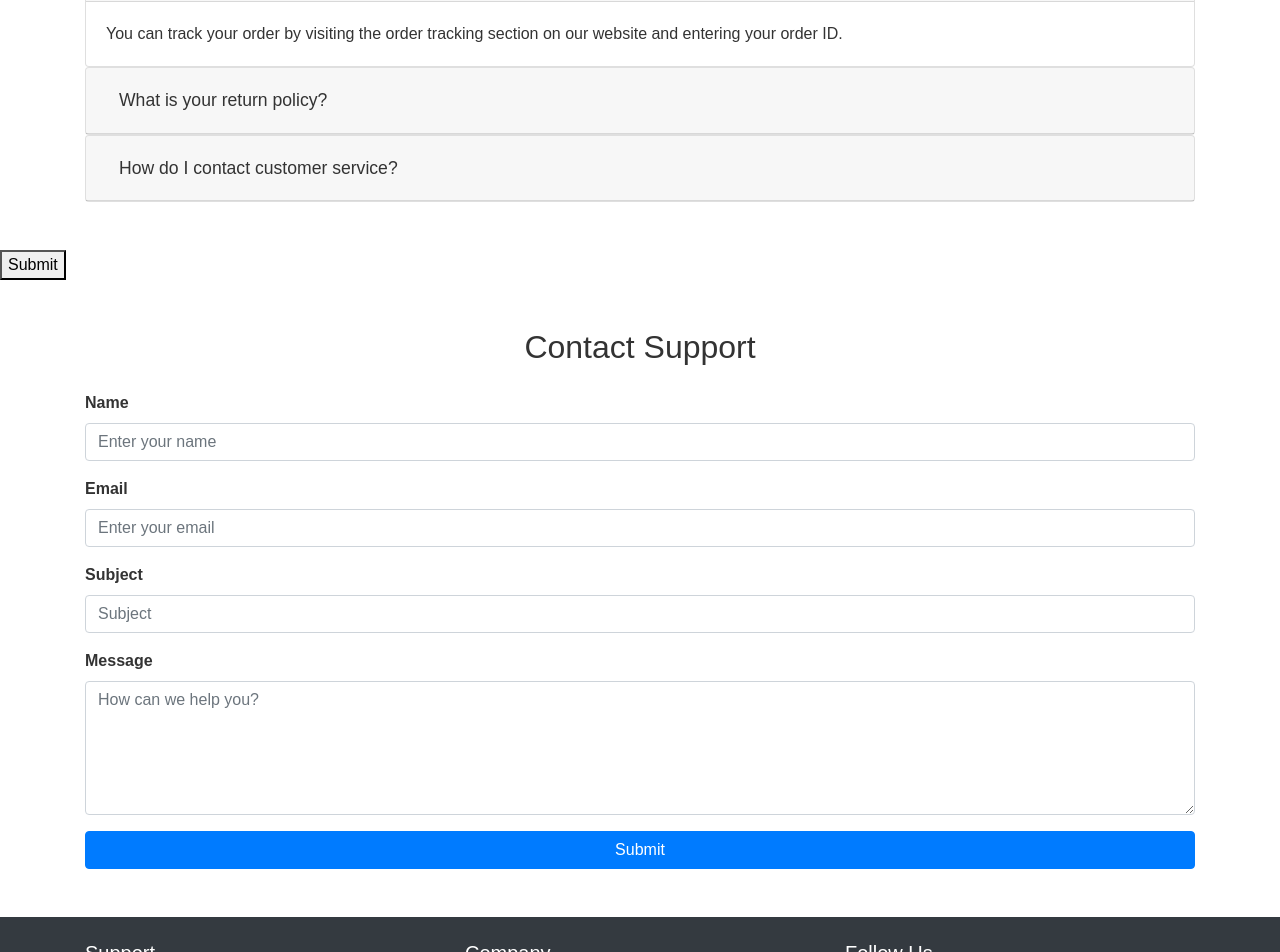
Repository: karim0829/IS218-Django-Laptop-Display
Page: http://localhost/support/
The author's editor kept a copy of each file at every save. The page is drawn from the files as they stood at one save, then again after the next save.
The browser window is 1280 px wide. The pictures show the part of the page from y = 607 to 1559 px (the page is 1732 px tall before and 1654 px after).
Some web libraries are served in a nearby version. The page is served by the project's application, run on Django 5.2 (manage.py). Other server files are loaded and not shown.

Above is the page before, as saved 2025-05-10 12:03:13.

### homepage/templates/homepage/support.html
<!DOCTYPE html>
<html lang="en">
  <head>
    <meta charset="UTF-8" />
    <meta name="viewport" content="width=device-width, initial-scale=1" />
    <title>Support - LaptopStore</title>
    <!-- Bootstrap CSS for layout and components -->
    <link
      rel="stylesheet"
      href="https://maxcdn.bootstrapcdn.com/bootstrap/4.0.0/css/bootstrap.min.css"
    />
    <!-- External CSS -->
    <link rel="stylesheet" href="style/style.css" />
  </head>
  <body>
    <!-- Navigation -->
    <nav class="navbar navbar-expand-lg navbar-light bg-light">
      <a class="navbar-brand" href="index.html">LaptopStore</a>
      <button
        class="navbar-toggler"
        type="button"
        data-toggle="collapse"
        data-target="#navbarNav"
      >
        <span class="navbar-toggler-icon"></span>
      </button>
      <div class="collapse navbar-collapse" id="navbarNav">
        <!-- You may use the same navigation options from your main site -->
        <ul class="navbar-nav mr-auto">
          <li class="nav-item">
            <a class="nav-link" href="HighEndLaptop.html">High End Laptop</a>
          </li>
          <li class="nav-item">
            <a class="nav-link" href="StudioLaptops.html">Studio Laptop</a>
          </li>
          <li class="nav-item">
            <a class="nav-link" href="BudgetLaptops.html">Budget Laptop</a>
          </li>
        <ul class="navbar-nav ml-auto">
          <li class="nav-item active">
            <a class="nav-link" href="support.html">Support</a>
          </li>
        </ul>
      </div>
    </nav>

    <!-- Support Hero Section -->
    <section class="support-hero text-center">
      <div class="support-hero-overlay">
        <div class="container">
          <h1 class="display-4 text-white">Support Center</h1>
          <p class="lead text-white">
            We’re here to help you with your questions and concerns
          </p>
        </div>
      </div>
    </section>

    <!-- FAQ Section -->
    <section class="container my-5">
      <h2 class="text-center mb-4">Frequently Asked Questions</h2>
      <div id="faqAccordion">
        <div class="card">
          <div class="card-header" id="headingOne">
            <h5 class="mb-0">
              <button
                class="btn btn-link"
                data-toggle="collapse"
                data-target="#collapseOne"
                aria-expanded="true"
                aria-controls="collapseOne"
              >
                How do I track my order?
              </button>
            </h5>
          </div>
          <div
            id="collapseOne"
            class="collapse show"
            aria-labelledby="headingOne"
            data-parent="#faqAccordion"
          >
            <div class="card-body">
              You can track your order by visiting the order tracking section on
              our website and entering your order ID.
            </div>
          </div>
        </div>
        <div class="card">
          <div class="card-header" id="headingTwo">
            <h5 class="mb-0">
              <button
                class="btn btn-link collapsed"
                data-toggle="collapse"
                data-target="#collapseTwo"
                aria-expanded="false"
                aria-controls="collapseTwo"
              >
                What is your return policy?
              </button>
            </h5>
          </div>
          <div
            id="collapseTwo"
            class="collapse"
            aria-labelledby="headingTwo"
            data-parent="#faqAccordion"
          >
            <div class="card-body">
              Our return policy allows you to return most items within 30 days
              of purchase. Please check our returns page for more details.
            </div>
          </div>
        </div>
        <div class="card">
          <div class="card-header" id="headingThree">
            <h5 class="mb-0">
              <button
                class="btn btn-link collapsed"
                data-toggle="collapse"
                data-target="#collapseThree"
                aria-expanded="false"
                aria-controls="collapseThree"
              >
                How do I contact customer service?
              </button>
            </h5>
          </div>
          <div
            id="collapseThree"
            class="collapse"
            aria-labelledby="headingThree"
            data-parent="#faqAccordion"
          >
            <div class="card-body">
              You can contact our customer service team via phone, email, or by
              filling out the contact form on this page.
            </div>
          </div>
        </div>
      </div>
    </section>


{% block content %}

<form method = "post">
{% csrf_token %}

{{ form.as_p }}

<button type="submit">Submit</button>

{% endblock %}



    <!-- Contact Form Section -->
    <section class="container my-5">
      <h2 class="text-center mb-4">Contact Support</h2>
      <form method = "post">
        {% csrf_token %}
{{ form.as_p }}

        <div class="form-group">
          <label for="name">Name</label>
          <input
            type="text"
            class="form-control"
            id="name"
            placeholder="Enter your name"
          />
        </div>
        <div class="form-group">
          <label for="email">Email</label>
          <input
            type="email"
            class="form-control"
            id="email"
            placeholder="Enter your email"
          />
        </div>
        <div class="form-group">
          <label for="subject">Subject</label>
          <input
            type="text"
            class="form-control"
            id="subject"
            placeholder="Subject"
          />
        </div>
        <div class="form-group">
          <label for="message">Message</label>
          <textarea
            class="form-control"
            id="message"
            rows="5"
            placeholder="How can we help you?"
          ></textarea>
        </div>
        <button type="submit" class="btn btn-primary btn-block">Submit</button>
      </form>
    </section>

    <!-- Footer -->
    <footer class="bg-dark text-white py-4">
      <div class="container">
        <div class="row">
          <div class="col-md-4">
            <h5>Support</h5>
            <ul class="list-unstyled">
              <li><a href="support.html" class="text-white">Contact Us</a></li>
              <li><a href="support.html" class="text-white">FAQ</a></li>
              <li><a href="support.html" class="text-white">Returns</a></li>
            </ul>
          </div>
          <div class="col-md-4">
            <h5>Company</h5>
            <ul class="list-unstyled">
              <li><a href="AboutUs.html" class="text-white">About Us</a></li>
              <li><a href="#" class="text-white">Careers</a></li>
              <li><a href="#" class="text-white">Press</a></li>
            </ul>
          </div>
          <div class="col-md-4">
            <h5>Follow Us</h5>
            <ul class="list-unstyled">
              <li><a href="#" class="text-white">Facebook</a></li>
              <li><a href="#" class="text-white">Twitter</a></li>
              <li><a href="#" class="text-white">Instagram</a></li>
            </ul>
          </div>
        </div>
        <div class="text-center mt-3">
          &copy; 2025 LaptopStore. All rights reserved.
        </div>
      </div>
    </footer>

    <!-- Bootstrap JS, Popper.js, and jQuery -->
    <script src="https://code.jquery.com/jquery-3.2.1.slim.min.js"></script>
    <script src="https://cdnjs.cloudflare.com/ajax/libs/popper.js/1.12.9/umd/popper.min.js"></script>
    <script src="https://maxcdn.bootstrapcdn.com/bootstrap/4.0.0/js/bootstrap.min.js"></script>
  </body>
</html>

### homepage/views.py
from datetime import datetime
from django.shortcuts import redirect, render
from django.http import HttpResponse
from django.template import loader

from homepage.forms import RegistrationForm

# Create your views here.

def index(request):
    return render(request, "homepage/index.html")

def about(request):
    return render(request, "homepage/about.html")

def contact(request):
    return render(request, "homepage/contact.html")


def support(request):
    return render(request, "homepage/support.html")


#contact
def review_form(request):
    form = RegistrationForm(request.POST or None)

    if request.method == "POST":
        if form.is_valid():
            message = form.save(commit=False)
            message.log_date = datetime.now()
            message.save()
            return redirect("support")

        else:
            return render(request, "homepage/support.html", {"form":form})

    return render(request, "homepage/support.html", {"form":form})

### laptops/urls.py
"""
URL configuration for laptops project.

The `urlpatterns` list routes URLs to views. For more information please see:
    https://docs.djangoproject.com/en/5.2/topics/http/urls/
Examples:
Function views
    1. Add an import:  from my_app import views
    2. Add a URL to urlpatterns:  path('', views.home, name='home')
Class-based views
    1. Add an import:  from other_app.views import Home
    2. Add a URL to urlpatterns:  path('', Home.as_view(), name='home')
Including another URLconf
    1. Import the include() function: from django.urls import include, path
    2. Add a URL to urlpatterns:  path('blog/', include('blog.urls'))
"""
from django.contrib import admin
from django.urls import path
from django.urls import include



urlpatterns = [
    path('admin/', admin.site.urls),
    path('', include('homepage.urls'))
]

### homepage/urls.py
from django.urls import path
from . import views

urlpatterns = [
    path("index/", views.index, name="index"),
    path("about/", views.about, name="about"),
    path("contact/", views.contact, name="contact"),
    path("support/", views.support, name="support"),
    path("feedback/", views.review_form, name="feedback")


]

### homepage/static/homepage/style.css
/* General Styles */
.navbar-nav .nav-item {
  margin-right: 20px;
}

.carousel-item img {
  height: 100%;
  object-fit: cover;
  width: 100%;
  object-position: center top;
}

.carousel-inner img {
  width: 100%;
  height: 450px;
  object-fit: cover;
}

.carousel-item {
  height: 400px;
  background-size: cover;
  background-position: center;
}

.product-card img {
  height: 200px;
  object-fit: cover;
}

/* Footer Styles */
footer a {
  text-decoration: none;
}
/* General Styles */
body {
  font-family: Arial, sans-serif;
  margin: 0;
  background-color: #fff;
  color: #333;
}

/* Navigation Styles */
.navbar {
  background-color: #fff;
  border-bottom: 1px solid #eee;
  padding: 0.8rem 1rem;
}

.navbar-brand {
  font-weight: bold;
  font-size: 1.5rem;
}

.navbar-nav .nav-link {
  margin: 0 10px;
  color: #333;
}

.navbar-nav .nav-link:hover {
  color: #007bff;
}

/* Support Hero Section */
.support-hero {
  background: url("support-hero.jpg") center center/cover no-repeat;
  height: 50vh;
  position: relative;
  display: flex;
  justify-content: center;
  align-items: center;
}

.support-hero-overlay {
  background-color: rgba(0, 0, 0, 0.5);
  width: 100%;
  height: 100%;
  display: flex;
  align-items: center;
}

.support-hero .container {
  position: relative;
  z-index: 2;
  text-align: center;
}

/* FAQ Section Styles */
.card-header button {
  width: 100%;
  text-align: left;
  color: #333;
  font-size: 1.1rem;
}

/* Contact Form */
form .form-group label {
  font-weight: bold;
}

/* Footer Styles */
footer {
  background-color: #343a40;
  color: #fff;
}

footer a {
  text-decoration: none;
}
/* General Styles */
body {
  font-family: Arial, sans-serif;
  margin: 0;
  background-color: #fff;
  color: #333;
}

/* Navigation Styles */
.navbar {
  background-color: #fff;
  border-bottom: 1px solid #eee;
  padding: 0.8rem 1rem;
}

.navbar-brand {
  font-weight: bold;
  font-size: 1.5rem;
}

.navbar-nav .nav-link {
  margin: 0 10px;
  color: #333;
}

.navbar-nav .nav-link:hover {
  color: #007bff;
}

/* About Us Hero Section */
.about-hero {
  background: url("about-hero.jpg") center center/cover no-repeat;
  height: 50vh;
  position: relative;
  display: flex;
  justify-content: center;
  align-items: center;
}

.about-hero-overlay {
  background-color: rgba(0, 0, 0, 0.5);
  width: 100%;
  height: 100%;
  display: flex;
  justify-content: center;
  align-items: center;
}

/* Team Section Styles */
.team-photo {
  width: 150px;
  height: 150px;
  object-fit: cover;
}

/* Footer Styles */
footer {
  background-color: #343a40;
  color: #fff;
  padding: 20px 0;
}

footer a {
  text-decoration: none;
}
/* General Styles */
body {
  font-family: Arial, sans-serif;
  margin: 0;
  background-color: #fff;
  color: #333;
}

/* Navigation Styles */
.navbar {
  background-color: #fff;
  border-bottom: 1px solid #eee;
  padding: 0.8rem 1rem;
}

.navbar-brand {
  font-weight: bold;
  font-size: 1.5rem;
}

.navbar-nav .nav-link {
  margin: 0 10px;
  color: #333;
}

.navbar-nav .nav-link.active,
.navbar-nav .nav-link:hover {
  color: #007bff;
}

/* Product Cards */
.product-card img {
  width: 100%;
  height: 180px;
  object-fit: contain;
  padding: 10%;
  background-color: #fff;
}

/* Footer Styles */
footer {
  background-color: #343a40;
  color: #fff;
}

footer a {
  text-decoration: none;
}

/* Utility Classes */
.text-white {
  color: #fff !important;
}

After the next save:
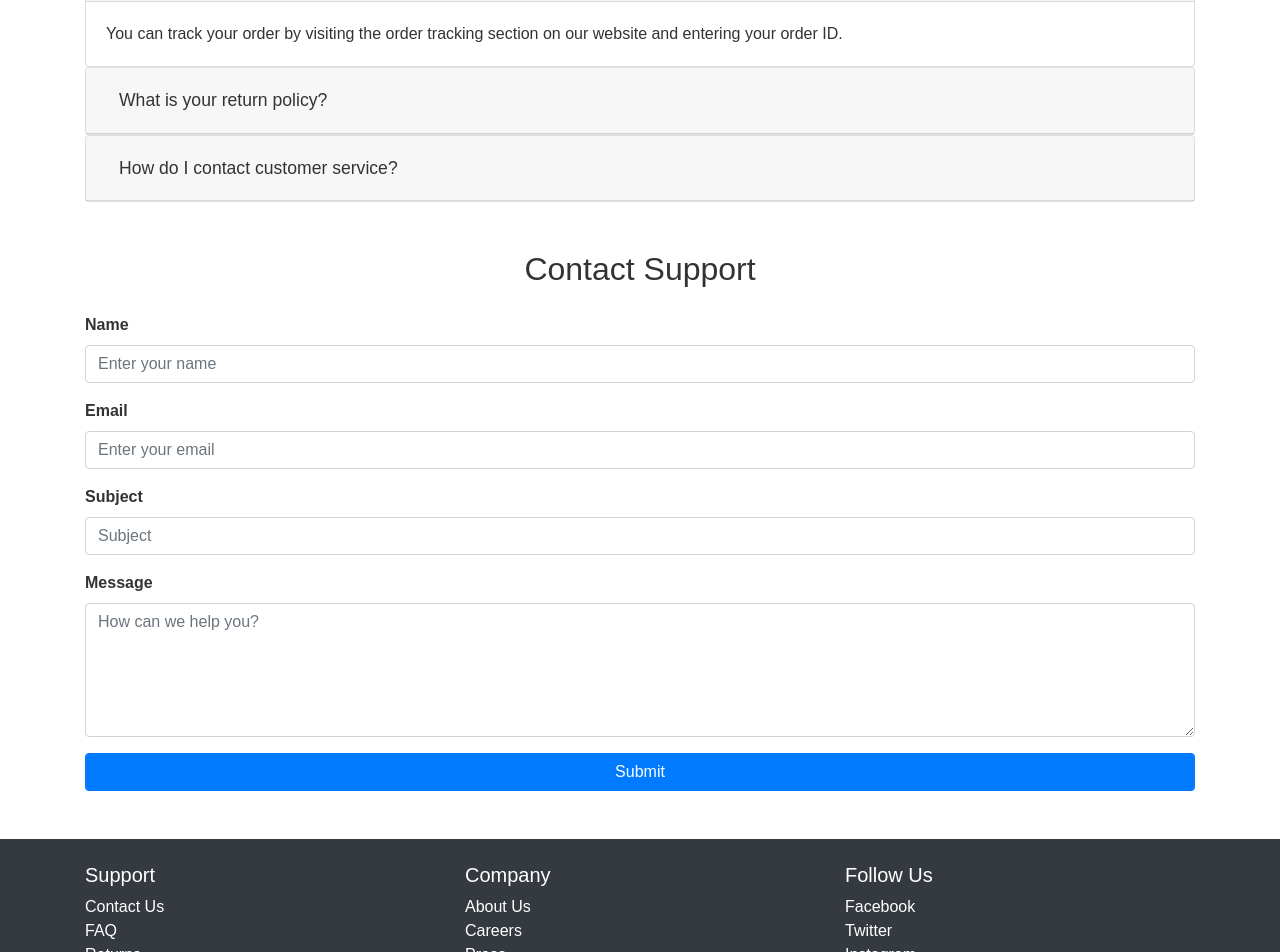
Saved 13 s later.
--- a/homepage/templates/homepage/support.html
+++ b/homepage/templates/homepage/support.html
@@ -142,16 +142,6 @@
     </section>
 
 
-{% block content %}
-
-<form method = "post">
-{% csrf_token %}
-
-{{ form.as_p }}
-
-<button type="submit">Submit</button>
-
-{% endblock %}
 
 
 
